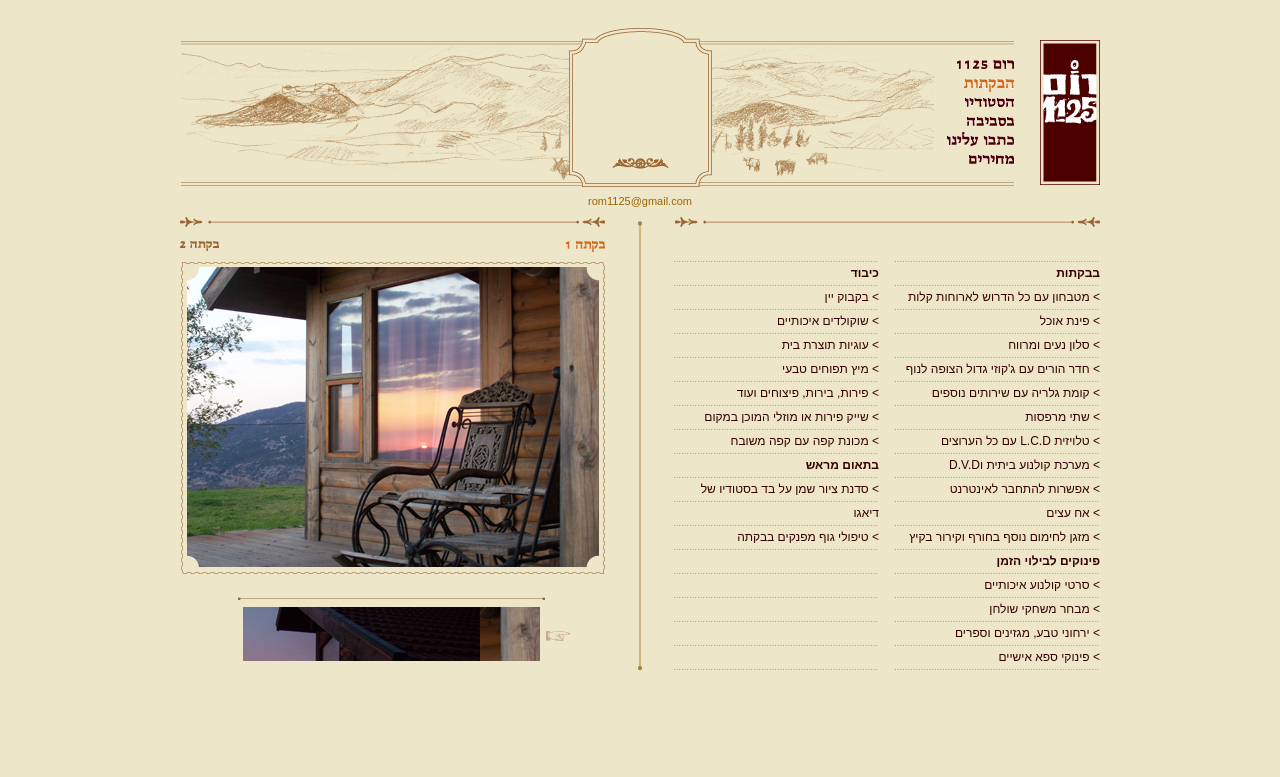
Repository: asafg/rom1125
Page: rom1125/WebContent/huts.html
An editor plug-in stored every save of this project. The page is shown before and after the next save, followed by the edit.
The browser window is 1280 px wide. The pictures show the whole page.

Above is the page before, as saved 2010-06-10 12:43:36.

### rom1125/WebContent/huts.html
<!DOCTYPE html PUBLIC "-//W3C//DTD XHTML 1.1//EN" "http://www.w3.org/TR/xhtml11/DTD/xhtml11.dtd">
<html xmlns="http://www.w3.org/1999/xhtml">

<head>
  <meta http-equiv="Content-Type" content="text/html; charset=utf-8"/>
  <title>רום 1125</title>
  <link rel="stylesheet" href="css/common.css" type="text/css" media="screen"/>
  <link rel="stylesheet" href="css/huts.css" type="text/css" media="screen"/>
  <script src="js/img_gal_cc_compressed.js" type="text/javascript"></script>
  <script type="text/javascript">
  function showHutGallery(hut) {
	  var otherHut = (hut == 1) ? 2 : 1;
	  $('hut' + hut).addClass('active');
	  $('hut' + otherHut).removeClass('active');
	  $('thumbnails_panel' + otherHut).setStyle('display', 'none');
	  $('slideshow' + otherHut).setStyle('display', 'none');
	  $('thumbnails_panel' + hut).setStyle('display', 'block');
	  $('slideshow' + hut).setStyle('display', 'block');
	  if (hut == 2 && hut2ImageGallery == null) {
		  initHut2Gallery();
	  }
  }

  function initHut2Gallery() {
	  hut2ImageGallery = new ImageGallery({
		slides: $$('#slideshow2 img'),
		thumbnails: $$('#thumbnails_wrapper2 img'),
		thumbnailsViewport: 'thumbnails2',
		thumbnailsContainer: 'thumbnails_wrapper2',
		nextThumbnailLink: 'left_arrow2',
		prevThumbnailLink: 'right_arrow2',
		nextThumbnailLinkClass: 'left_arrow',
		prevThumbnailLinkClass: 'right_arrow'});
  }
  </script>
</head>
<body>
<div id="main">
<!-- header -->
<div id="header">
<img id="logo" src="images/logo.png"/>
<div id="header_without_logo"><!-- The part of the header left of the logo -->
<div id="header_top"><img src="images/header_top.png"/></div>
<div id="toolbar_buttons">
<a id="home_link" href="index.html"><img src="images/blank.gif"/></a>
<img src="images/biktot_hl.gif"/>
<a id="studio_link" href="studio.html"><img src="images/blank.gif"/></a>
<a id="env_link" href="env.html"><img src="images/blank.gif"/></a>
<a id="media_link" href="media.html"><img src="images/blank.gif"/></a>
<a id="prices_link" href="prices.html"><img src="images/blank.gif"/></a>
</div><!-- toolbar_buttons -->
<div class="header_image"><img src="images/header_right.jpg"/></div>
<div class="header_image"><img src="images/header_middle.png"/></div>
<div class="header_image"><img src="images/header_left.jpg"/></div>
<div id="header_bottom"><img id="header_bottom_image" src="images/header_bottom.png"/></div>
</div><!-- header_without_logo-->
<div id="email_address_div">
<a href="mailto:rom1125@gmail.com" class="email_address">rom1125@gmail.com</a>
</div><!-- email_address_div -->
</div><!-- header -->
<!-- now for the separators -->
<div id="right_part">
<img src="images/top_horiz_sep.png" class="sep_image"/>
<div id="page_text" class="page_text">
<div id="right_col" class="text_column">
<b>בבקתות</b><br/>
&gt; מטבחון עם כל הדרוש לארוחות קלות<br/>
&gt; פינת אוכל<br/>
&gt; סלון נעים ומרווח<br/>
&gt; חדר הורים עם ג'קוזי גדול הצופה לנוף<br/>
&gt; קומת גלריה עם שירותים נוספים<br/>
&gt; שתי מרפסות<br/>
&gt; טלויזית L.C.D עם כל הערוצים<br/>
&gt; מערכת קולנוע ביתית וD.V.D<br/>
&gt; אפשרות להתחבר לאינטרנט<br/>
&gt; אח עצים<br/>
&gt; מזגן לחימום נוסף בחורף וקירור בקיץ<br/>
<b>פינוקים לבילוי הזמן</b><br/>
&gt; סרטי קולנוע איכותיים<br/>
&gt; מבחר משחקי שולחן<br/>
&gt; ירחוני טבע, מגזינים וספרים<br/>
&gt; פינוקי ספא אישיים<br/>
</div><!-- right_col -->
<div id="columns_spacer"></div>
<div id="left_col" class="text_column">
<b>כיבוד</b><br/>
&gt; בקבוק יין<br/>
&gt; שוקולדים איכותיים<br/>
&gt; עוגיות תוצרת בית<br/>
&gt; מיץ תפוחים טבעי<br/>
&gt; פירות, בירות, פיצוחים ועוד<br/>
&gt; שייק פירות או מוזלי המוכן במקום<br/>
&gt; מכונת קפה עם קפה משובח<br/>
<b>בתאום מראש</b><br/>
&gt; סדנת ציור שמן על בד בסטודיו של דיאגו<br/>
&gt; טיפולי גוף מפנקים בבקתה<br/>
</div><!-- left_col -->
</div><!-- page_text -->
</div><!-- right -->
<div id="vert_sep">
<img src="images/top_ball.png" class="sep_image"/>
<div id="vert_bar"></div>
<img src="images/bottom_ball.png" class="sep_image"/>
</div><!-- vert_sep -->
<div id="left_part">
<img src="images/top_horiz_sep.png" class="sep_image"/>
<div id="hut_links">
	<a href="#" id="hut1" onclick="showHutGallery(1)"><img src="images/blank.gif"/></a>
	<a href="#" id="hut2" onclick="showHutGallery(2)"><img src="images/blank.gif"/></a>
</div>
<div id="photo_frame"><div id="photo_frame_overlay"></div>
<div id="slideshow1">
<img src="images/photos/hut1_1.jpg" alt="השתקפות שקיעה על חלון בקתה 1" title="השתקפות שקיעה על חלון בקתה 1"/>
<img src="images/photos/hut1_2.jpg" alt="שקיעה עם וניל" title="שקיעה עם וניל"/>
<img src="images/photos/hut1_3.jpg" alt="נוף מהמרפסת - עיו קניה" title="נוף מהמרפסת - עיו קניה"/>
<img src="images/photos/hut1_4.jpg" alt="בשלג מכוון המדרגות" title="בשלג מכוון המדרגות"/>
<img src="images/photos/hut1_5.jpg" alt="המרפסת בשלג בלילה" title="המרפסת בשלג בלילה"/>
<img src="images/photos/hut1_6.jpg" alt="זריחה מיוחדת למקדימים להשכים" title="זריחה מיוחדת למקדימים להשכים"/>
<img src="images/photos/hut1_7.jpg" alt="הגפן ובקתה 1 ברקע" title="הגפן ובקתה 1 ברקע"/>
<img src="images/photos/hut1_8.jpg" alt="שקיעה משתקפת על החלון המערבי" title="שקיעה משתקפת על החלון המערבי"/>
<img src="images/photos/hut1_9.jpg" alt="ויטראז' ועץ בחלון" title="ויטראז' ועץ בחלון"/>
<img src="images/photos/hut1_10.jpg" alt="סלון בקתה 1" title="סלון בקתה 1"/>
<img src="images/photos/hut1_11.jpg" alt="הסלון מהאח" title="הסלון מהאח"/>
<img src="images/photos/hut1_12.jpg" alt="חדר שינה ועץ בחלון" title="חדר שינה ועץ בחלון"/>
<img src="images/photos/hut1_13.jpg" alt="מטבח עם קערת פרות" title="מטבח עם קערת פרות"/>
<img src="images/photos/hut1_14.jpg" alt="קערת דובדבנים ומוזלי ברקע הסלון" title="קערת דובדבנים ומוזלי ברקע הסלון"/>
<img src="images/photos/hut1_15.jpg" alt="סלון" title="סלון"/>
<img src="images/photos/hut1_16.jpg" alt="עציץ מלמטה" title="עציץ מלמטה"/>
<img src="images/photos/hut1_17.jpg" alt="קומה עליונה ועץ בחלון" title="קומה עליונה ועץ בחלון"/>
<img src="images/photos/hut1_18.jpg" alt="פינת ישיבה בקומה עליונה" title="פינת ישיבה בקומה עליונה"/>
<img src="images/photos/hut1_19.jpg" alt="נוף ירוק מחלון ג'קוזי 1" title="נוף ירוק מחלון ג'קוזי 1"/>
<img src="images/photos/hut1_20.jpg" alt="ג'קוזי וויטראז' בבקתה 1" title="ג'קוזי וויטראז' בבקתה 1"/>
<img src="images/photos/hut1_21.jpg" alt="בקתה בצללית" title="בקתה בצללית"/>
<img src="images/photos/hut1_22.jpg" alt="שני כיסאות לנוף בשלג" title="שני כיסאות לנוף בשלג"/>
</div><!-- slideshow1 -->
<div id="slideshow2">
<img src="images/photos/photo12.jpg"/>
<img src="images/photos/photo11.jpg"/>
<img src="images/photos/photo12.jpg"/>
<img src="images/photos/photo11.jpg"/>
<img src="images/photos/photo12.jpg"/>
<img src="images/photos/photo11.jpg"/>
</div><!-- slideshow2 -->
</div>
<div id="thumbnails_panel1">
<img id="upper_gallery_strip1" src="images/gallery_strip.png"/>
<div id="thumbnails_toolbar1">
<img id="right_arrow1" src="images/blank.gif" class="right_arrow"/>
<div id="thumbnails1">
<div id="thumbnails_wrapper1">
<div class="thumbnail"><img src="images/photos/hut1_1.jpg" alt="השתקפות שקיעה על חלון בקתה 1" title="השתקפות שקיעה על חלון בקתה 1"/></div>
<div class="thumbnail"><img src="images/photos/hut1_2.jpg" alt="שקיעה עם וניל" title="שקיעה עם וניל"/>
<div class="thumbnail"><img src="images/photos/hut1_3.jpg" alt="נוף מהמרפסת - עיו קניה" title="נוף מהמרפסת - עיו קניה"/>
<div class="thumbnail"><img src="images/photos/hut1_4.jpg" alt="בשלג מכוון המדרגות" title="בשלג מכוון המדרגות"/>
<div class="thumbnail"><img src="images/photos/hut1_5.jpg" alt="המרפסת בשלג בלילה" title="המרפסת בשלג בלילה"/>
<div class="thumbnail"><img src="images/photos/hut1_6.jpg" alt="זריחה מיוחדת למקדימים להשכים" title="זריחה מיוחדת למקדימים להשכים"/>
<div class="thumbnail"><img src="images/photos/hut1_7.jpg" alt="הגפן ובקתה 1 ברקע" title="הגפן ובקתה 1 ברקע"/>
<div class="thumbnail"><img src="images/photos/hut1_8.jpg" alt="שקיעה משתקפת על החלון המערבי" title="שקיעה משתקפת על החלון המערבי"/>
<div class="thumbnail"><img src="images/photos/hut1_9.jpg" alt="ויטראז' ועץ בחלון" title="ויטראז' ועץ בחלון"/>
<div class="thumbnail"><img src="images/photos/hut1_10.jpg" alt="סלון בקתה 1" title="סלון בקתה 1"/></div>
<div class="thumbnail"><img src="images/photos/hut1_11.jpg" alt="הסלון מהאח" title="הסלון מהאח"/></div>
<div class="thumbnail"><img src="images/photos/hut1_12.jpg" alt="חדר שינה ועץ בחלון" title="חדר שינה ועץ בחלון"/></div>
<div class="thumbnail"><img src="images/photos/hut1_13.jpg" alt="מטבח עם קערת פרות" title="מטבח עם קערת פרות"/></div>
<div class="thumbnail"><img src="images/photos/hut1_14.jpg" alt="קערת דובדבנים ומוזלי ברקע הסלון" title="קערת דובדבנים ומוזלי ברקע הסלון"/></div>
<div class="thumbnail"><img src="images/photos/hut1_15.jpg" alt="סלון" title="סלון"/></div>
<div class="thumbnail"><img src="images/photos/hut1_16.jpg" alt="עציץ מלמטה" title="עציץ מלמטה"/></div>
<div class="thumbnail"><img src="images/photos/hut1_17.jpg" alt="קומה עליונה ועץ בחלון" title="קומה עליונה ועץ בחלון"/></div>
<div class="thumbnail"><img src="images/photos/hut1_18.jpg" alt="פינת ישיבה בקומה עליונה" title="פינת ישיבה בקומה עליונה"/></div>
<div class="thumbnail"><img src="images/photos/hut1_19.jpg" alt="נוף ירוק מחלון ג'קוזי 1" title="נוף ירוק מחלון ג'קוזי 1"/></div>
<div class="thumbnail"><img src="images/photos/hut1_20.jpg" alt="ג'קוזי וויטראז' בבקתה 1" title="ג'קוזי וויטראז' בבקתה 1"/></div>
<div class="thumbnail"><img src="images/photos/hut1_21.jpg" alt="בקתה בצללית" title="בקתה בצללית"/></div>
<div class="thumbnail"><img src="images/photos/hut1_22.jpg" alt="שני כיסאות לנוף בשלג" title="שני כיסאות לנוף בשלג"/></div>

</div><!-- thumbnails_wrapper1 -->
</div><!-- thumbnails1 -->
<img id="left_arrow1" src="images/blank.gif" class="left_arrow"/>
</div><!-- thumbnails_toolbar1 -->
<img id="lower_gallery_strip1" src="images/gallery_strip.png"/>
</div><!-- thumbnails_panel1 -->
<div id="thumbnails_panel2">
<img id="upper_gallery_strip2" src="images/gallery_strip.png"/>
<div id="thumbnails_toolbar2">
<img id="right_arrow2" src="images/blank.gif" class="right_arrow"/>
<div id="thumbnails2">
<div id="thumbnails_wrapper2">
<div class="thumbnail"><img src="images/photos/photo5_small.jpg" class="thumbnail"/></div>
<div class="thumbnail"><img src="images/photos/photo5_small.jpg" class="thumbnail"/></div>
<div class="thumbnail"><img src="images/photos/photo5_small.jpg" class="thumbnail"/></div>
<div class="thumbnail"><img src="images/photos/photo5_small.jpg" class="thumbnail"/></div>
<div class="thumbnail"><img src="images/photos/photo5_small.jpg" class="thumbnail"/></div>
<div class="thumbnail"><img src="images/photos/photo6_small.jpg" class="thumbnail"/></div>
<div class="thumbnail"><img src="images/photos/photo6_small.jpg" class="thumbnail"/></div>
</div><!-- thumbnails_wrapper -->
</div><!-- thumbnails -->
<img id="left_arrow2" src="images/blank.gif" class="left_arrow"/>
</div><!-- thumbnails_toolbar2 -->
<img id="lower_gallery_strip2" src="images/gallery_strip.png"/>
</div><!-- thumbnails_panel2 -->
</div><!-- left -->
<div id="footer">
<img src="images/footer_sep.png" class="sep_image"/>
</div><!-- footer -->
</div><!-- main -->
<script type="text/javascript">
var hut1ImageGallery = new ImageGallery({
	slides: $$('#slideshow1 img'),
	thumbnails: $$('#thumbnails_wrapper1 img'),
	thumbnailsViewport: 'thumbnails1',
	thumbnailsContainer: 'thumbnails_wrapper1',
	nextThumbnailLink: 'left_arrow1',
	prevThumbnailLink: 'right_arrow1',
	nextThumbnailLinkClass: 'left_arrow',
	prevThumbnailLinkClass: 'right_arrow'
});

var hut2ImageGallery = null;

showHutGallery(1);
</script>
</body>
</html>

### rom1125/WebContent/css/common.css
body
{
	background-color: #EEE6C9;
	margin: 0px;
	padding: 0px;
}

#main
{
	width: 1000px;
	height: 750px;
	direction: rtl;
	margin-left: auto;
   	margin-right: auto;
}

/* beginning of header definitions */

#header
{
	margin-top: 27px;
}

#logo
{
	width: 60px;
	margin-top: 13px;
	margin-right: 40px;
	float: right;
}

#header_without_logo
{
	margin-right: 26px;
	margin-top: 1px;
	padding: 0px;
	width: 834px;
	float: right;
}

#header_top
{
	margin: 0px;
	padding: 0px;
	height: 17px;
	float: right;
	display: block;
}

#header_bottom
{
	margin: 0px;
	padding: 0px;
	height: 5px;
	float: right;
	display: block;
}

#header_bottom_image
{
	margin: 0px;
	padding: 0px;
	vertical-align: top;
}

.header_image
{
	margin: 0px;
	padding: 0px;
	height: 137px;
	float: right;
	display: block;
}

#toolbar_buttons
{
	margin-top: 11px;
	margin-left: 13px;
	float: right;
}

#toolbar_buttons img
{
	margin: 0px 0px 2px 0px; width: 67px; height: 17px; padding: 0px; display: block; border-width: 0px;
}

/*toolbar buttons images are set as background images in order to allow rollover effect using css (no javascript) */
#toolbar_buttons a#home_link   img {background: url("../images/rom.gif") top left no-repeat;}
#toolbar_buttons a#huts_link   img {background: url("../images/biktot.gif") top left no-repeat;}
#toolbar_buttons a#studio_link img {background: url("../images/studio.gif") top left no-repeat;}
#toolbar_buttons a#env_link    img {background: url("../images/sviva.gif") top left no-repeat;}
#toolbar_buttons a#media_link  img {background: url("../images/katvu.gif") top left no-repeat;}
#toolbar_buttons a#prices_link img {background: url("../images/mehirim.gif") top left no-repeat;}

#toolbar_buttons a#home_link:hover   img {background: url("../images/rom_hl.gif") top left no-repeat;}
#toolbar_buttons a#huts_link:hover   img {background: url("../images/biktot_hl.gif") top left no-repeat;}
#toolbar_buttons a#studio_link:hover img {background: url("../images/studio_hl.gif") top left no-repeat;}
#toolbar_buttons a#env_link:hover    img {background: url("../images/sviva_hl.gif") top left no-repeat;}
#toolbar_buttons a#media_link:hover  img {background: url("../images/katvu_hl.gif") top left no-repeat;}
#toolbar_buttons a#prices_link:hover img {background: url("../images/mehirim_hl.gif") top left no-repeat;}

#email_address_div
{
	padding-top: 8px;
	margin-left: auto;
    margin-right: auto;
	font-family: arial, sans-serif;
	font-size: 11px;
	display: block;
	text-align: center;
	clear: both;
}

a.email_address:link, a.email_address:active, a.email_address:focus, a.email_address:visited
{
	color: #996600;
	text-decoration: none;
}

a.email_address:hover
{
	color: #CC6600;
	text-decoration: none;
}

/* end of header definitions */

#right_part
{
	width: 425px;
	margin-top: 10px;
	margin-right: 40px;
	float: right;
}

#vert_sep
{
	float: right;
	margin: 14px 33px 0px 33px;
	padding: 0px;
}

#vert_bar
{
	width: 2px;
	height: 440px;
	margin: 0 1px 0 1px;
	background-color: #cbb787;
}

#left_part
{
	width: 425px;
	margin-top: 10px;
	margin-left: 0px;
	float: right;
}

.sep_image
{
	padding: 0;
	display: block;
}

#footer
{
	margin: 0px 50px 0px 50px;
	float: none;
	clear: both;
}

### rom1125/WebContent/css/huts.css
.page_text
{
	float: right;
	width: 426px;
	margin-top: 34px;
	line-height: 200%;
	font-family: arial;
	font-size: 12px;
	color: #330000;
	border: 0px solid red;
}

.text_column
{
	background-image: url("../images/dashed_line.png");
	background-repeat:repeat-y;
	float: right;
	width: 205px;
	height: 409px;
	border: 0px solid black;
}

#columns_spacer
{
	float: right;
	width: 16px;
	height: 409px;
	border: 0px solid green;
}

#hut_links a img {width: 39px; height: 11px; margin: 0px; display: block; border-width: 0px;}

#hut_links
{
	margin-top: 14px;
}

#hut_links a#hut1 img
{
	background: url("../images/hut1.png") top left no-repeat;
	float: right;
}

#hut_links a#hut2 img
{
	background: url("../images/hut2.png") top left no-repeat;
	float: left;
}

#hut_links a#hut1:hover img {background: url("../images/hut1_hl.png") top left no-repeat;}

#hut_links a#hut2:hover img {background: url("../images/hut2_hl.png") top left no-repeat;}

#hut_links a#hut1.active img {background: url("../images/hut1_hl.png") top left no-repeat;}

#hut_links a#hut2.active img {background: url("../images/hut2_hl.png") top left no-repeat;}

#footer
{
	padding-top: 32px;
}

/* image gallery */
#photo_frame
{
	position: relative;
	margin-top: 34px;
	width: 425px;
	height: 313px;
	overflow: hidden;
}

#photo_frame img
{
	padding: 6px 6px 0px 0px;
}

#photo_frame_overlay
{
	position:absolute; top:0; left:0; width: 100%; height: 100%; z-index:998;
	background: url("../images/frame_big.png") no-repeat center;
}

/* hide the slide show of the second hut */
#thumbnails_panel2, #slideshow2
{
	display: none;
}

#thumbnails_panel1, #thumbnails_panel2
{
	margin-top: 11px;
	width: 354px;
}

#upper_gallery_strip1, #upper_gallery_strip2
{
	margin: 12px 60px 7px 0px;
	float: right;
}

#lower_gallery_strip1, #lower_gallery_strip2
{
	margin: 6px 60px 0px 0px;
	float: right;
}

#thumbnails_toolbar1, #thumbnails_toolbar2
{
	margin-right: 35px;
	width: 354px;
}

#right_arrow1, #right_arrow2
{
	width: 24px;
	height: 11px;
	margin: 24px 0px 0px 3px;
	vertical-align: middle;
	clear: both;
	float: right;
	display: block;
	border: 0px;
}

img.right_arrow
{
	background: url("../images/right_arrow.gif") top left no-repeat;
}

img.right_arrow:hover
{
	background: url("../images/right_arrow_hl.gif") top left no-repeat;
}

img.right_arrow_disabled
{
	background: url("../images/right_arrow_da.png") top left no-repeat;
}

#left_arrow1, #left_arrow2
{
	width: 24px;
	height: 11px;
	margin: 24px 3px 0px 0px;
	float: right;
	border: 0px;
}

img.left_arrow
{
	background: url("../images/left_arrow.gif") top left no-repeat;
}

img.left_arrow:hover
{
	background: url("../images/left_arrow_hl.gif") top left no-repeat;
}

img.left_arrow_disabled
{
	background: url("../images/left_arrow_da.png") top left no-repeat;
}

#thumbnails1, #thumbnails2
{
	position: relative;
	width: 300px;
	height: 54px;
	float: right;
	overflow: hidden;
}

#thumbnails_wrapper1, #thumbnails_wrapper2
{
	position: absolute;
	width: 420px;
	height: 54px;
	/*float: right;*/
}

.thumbnail
{
	background: url("../images/frame_small.png") no-repeat center;
	margin-left: 3px;
	margin-right: 3px;
	width: 54px;
	height: 54px;
	float: right;
}

div.thumbnail:hover
{
	background: url("../images/frame_small_hl.png") no-repeat center;
	margin-left: 3px;
	margin-right: 3px;
	width: 54px;
	height: 54px;
	float: right;
}

img.thumbnail
{
	margin: 4px 4px auto;
	width: 46px;
	height: 46px;
	border: 1px black;
}
/* end of image gallery */

Loaded but not shown: rom1125/WebContent/js/img_gal_cc_compressed.js (library)

After the next save:
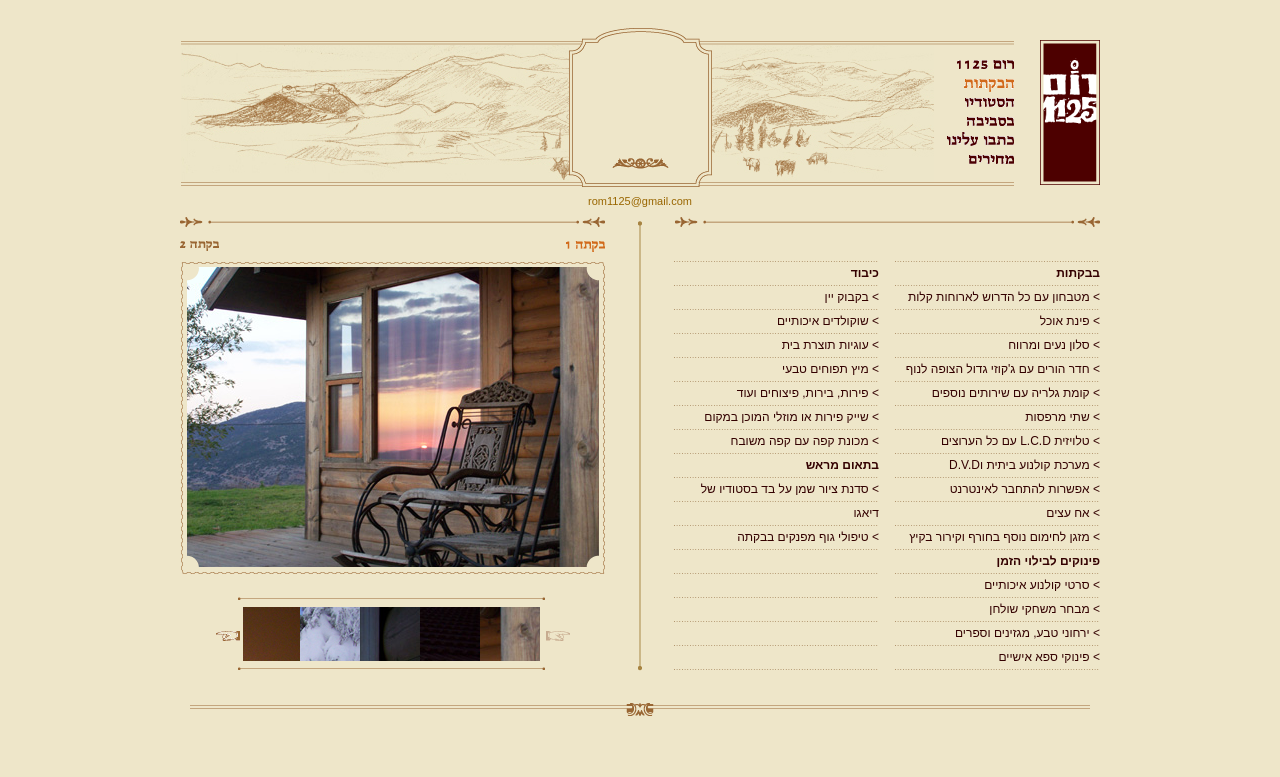
Saved 31 s later.
--- a/rom1125/WebContent/huts.html
+++ b/rom1125/WebContent/huts.html
@@ -149,14 +149,14 @@
 <div id="thumbnails1">
 <div id="thumbnails_wrapper1">
 <div class="thumbnail"><img src="images/photos/hut1_1.jpg" alt="השתקפות שקיעה על חלון בקתה 1" title="השתקפות שקיעה על חלון בקתה 1"/></div>
-<div class="thumbnail"><img src="images/photos/hut1_2.jpg" alt="שקיעה עם וניל" title="שקיעה עם וניל"/>
-<div class="thumbnail"><img src="images/photos/hut1_3.jpg" alt="נוף מהמרפסת - עיו קניה" title="נוף מהמרפסת - עיו קניה"/>
-<div class="thumbnail"><img src="images/photos/hut1_4.jpg" alt="בשלג מכוון המדרגות" title="בשלג מכוון המדרגות"/>
-<div class="thumbnail"><img src="images/photos/hut1_5.jpg" alt="המרפסת בשלג בלילה" title="המרפסת בשלג בלילה"/>
-<div class="thumbnail"><img src="images/photos/hut1_6.jpg" alt="זריחה מיוחדת למקדימים להשכים" title="זריחה מיוחדת למקדימים להשכים"/>
-<div class="thumbnail"><img src="images/photos/hut1_7.jpg" alt="הגפן ובקתה 1 ברקע" title="הגפן ובקתה 1 ברקע"/>
-<div class="thumbnail"><img src="images/photos/hut1_8.jpg" alt="שקיעה משתקפת על החלון המערבי" title="שקיעה משתקפת על החלון המערבי"/>
-<div class="thumbnail"><img src="images/photos/hut1_9.jpg" alt="ויטראז' ועץ בחלון" title="ויטראז' ועץ בחלון"/>
+<div class="thumbnail"><img src="images/photos/hut1_2.jpg" alt="שקיעה עם וניל" title="שקיעה עם וניל"/></div>
+<div class="thumbnail"><img src="images/photos/hut1_3.jpg" alt="נוף מהמרפסת - עיו קניה" title="נוף מהמרפסת - עיו קניה"/></div>
+<div class="thumbnail"><img src="images/photos/hut1_4.jpg" alt="בשלג מכוון המדרגות" title="בשלג מכוון המדרגות"/></div>
+<div class="thumbnail"><img src="images/photos/hut1_5.jpg" alt="המרפסת בשלג בלילה" title="המרפסת בשלג בלילה"/></div>
+<div class="thumbnail"><img src="images/photos/hut1_6.jpg" alt="זריחה מיוחדת למקדימים להשכים" title="זריחה מיוחדת למקדימים להשכים"/></div>
+<div class="thumbnail"><img src="images/photos/hut1_7.jpg" alt="הגפן ובקתה 1 ברקע" title="הגפן ובקתה 1 ברקע"/></div>
+<div class="thumbnail"><img src="images/photos/hut1_8.jpg" alt="שקיעה משתקפת על החלון המערבי" title="שקיעה משתקפת על החלון המערבי"/></div>
+<div class="thumbnail"><img src="images/photos/hut1_9.jpg" alt="ויטראז' ועץ בחלון" title="ויטראז' ועץ בחלון"/></div>
 <div class="thumbnail"><img src="images/photos/hut1_10.jpg" alt="סלון בקתה 1" title="סלון בקתה 1"/></div>
 <div class="thumbnail"><img src="images/photos/hut1_11.jpg" alt="הסלון מהאח" title="הסלון מהאח"/></div>
 <div class="thumbnail"><img src="images/photos/hut1_12.jpg" alt="חדר שינה ועץ בחלון" title="חדר שינה ועץ בחלון"/></div>
